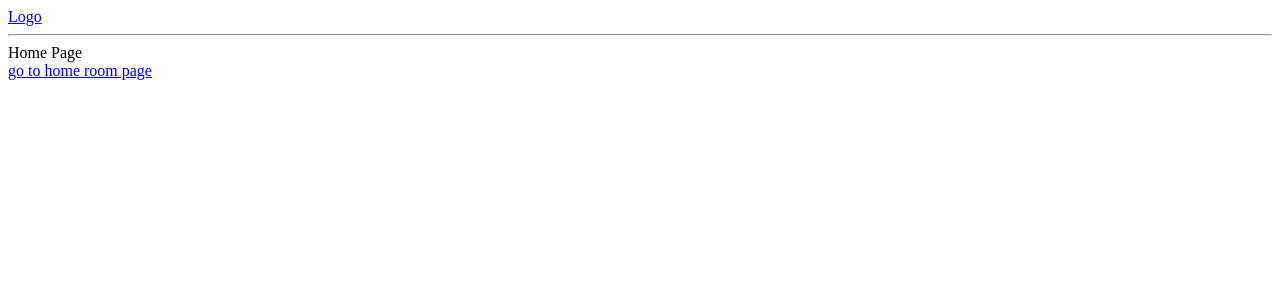
Repository: feyroozecode/studybud_django_app
Page: http://localhost/
These files come from the project's save history. The page is drawn as it stood at one moment and after a run of saves; the edit follows.
The browser window is 1280 px wide. The pictures show the whole page.
The page is served by the project's application, run on Django 4.2 (manage.py). Other server files are loaded and not shown.

Above is the page before, as saved 2023-09-30 19:53:13.

### templates/home.html

{% extends 'main.html' %}

{% block content %}

<div>
    Home Page
    <br />
    <a href="/room"> go to home room page </a>

    <div>
        {% for room in rooms %}
            <div>
                <h5> {{ room. }} </h5>
            </div>

        {% endfor %}

    </div>

</div>

{% endblock content %}

### templates/main.html
<!DOCTYPE html>
<html lang="en">
<head>
    <meta charset="UTF-8">
    <meta name="viewport" content="width=device-width, initial-scale=1.0">
    <title>StudyBud</title>
</head>
<body>
    {% include 'navbar.html' %}
    {% block content %}

    {% endblock %}

</body>
</html>

### templates/navbar.html


<div>
    <a href="/"> Logo </a>

    <hr>
</div>

### base/views.py
from django.shortcuts import render
from django.http import HttpResponse


# Create your views here.
rooms = [
    { 'id': 1, 'name': 'Lets Learn VueJs' },
    { 'id': 2, 'name': 'Create a Tuorial' },
    { 'id': 3, 'name': 'Code my own Django Rest API' },
]

def home(request):
    return render(request, 'home.html', {'rooms': rooms})


def room(request):
    return render(request, 'room.html')

### studybud/urls.py
"""
URL configuration for studybud project.

The `urlpatterns` list routes URLs to views. For more information please see:
    https://docs.djangoproject.com/en/4.2/topics/http/urls/
Examples:
Function views
    1. Add an import:  from my_app import views
    2. Add a URL to urlpatterns:  path('', views.home, name='home')
Class-based views
    1. Add an import:  from other_app.views import Home
    2. Add a URL to urlpatterns:  path('', Home.as_view(), name='home')
Including another URLconf
    1. Import the include() function: from django.urls import include, path
    2. Add a URL to urlpatterns:  path('blog/', include('blog.urls'))
"""
from django.contrib import admin
from django.urls import path, include

BASE_APP_URL = 'base.urls'

urlpatterns = [
    path("admin/", admin.site.urls),
    path('', include(BASE_APP_URL))
]

### base/urls.py
from django.urls import path
from . import views

urlpatterns = [
    path('', views.home),
    path('room/', views.room, name="room")
]

After the next 2 saves:
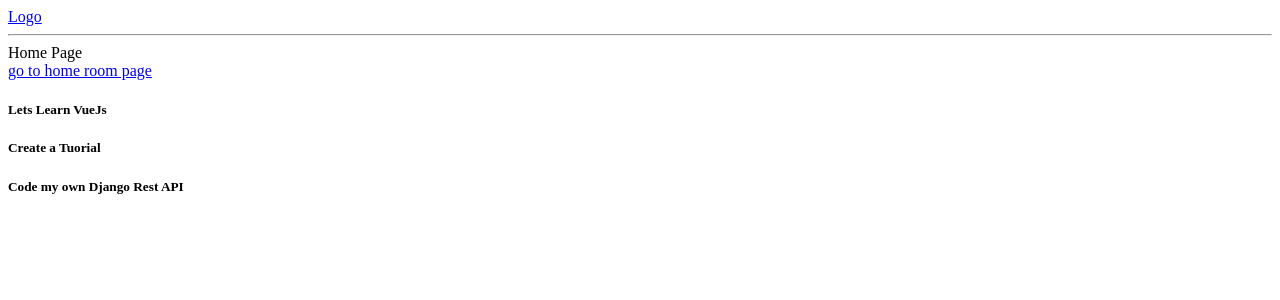
The 2 saves are shown as one change because they came seconds apart.
The last was saved 10 s later.
--- a/templates/home.html
+++ b/templates/home.html
@@ -11,7 +11,8 @@
     <div>
         {% for room in rooms %}
             <div>
-                <h5> {{ room. }} </h5>
+                <h5> {{ room.name }} </h5>
+
             </div>
 
         {% endfor %}
